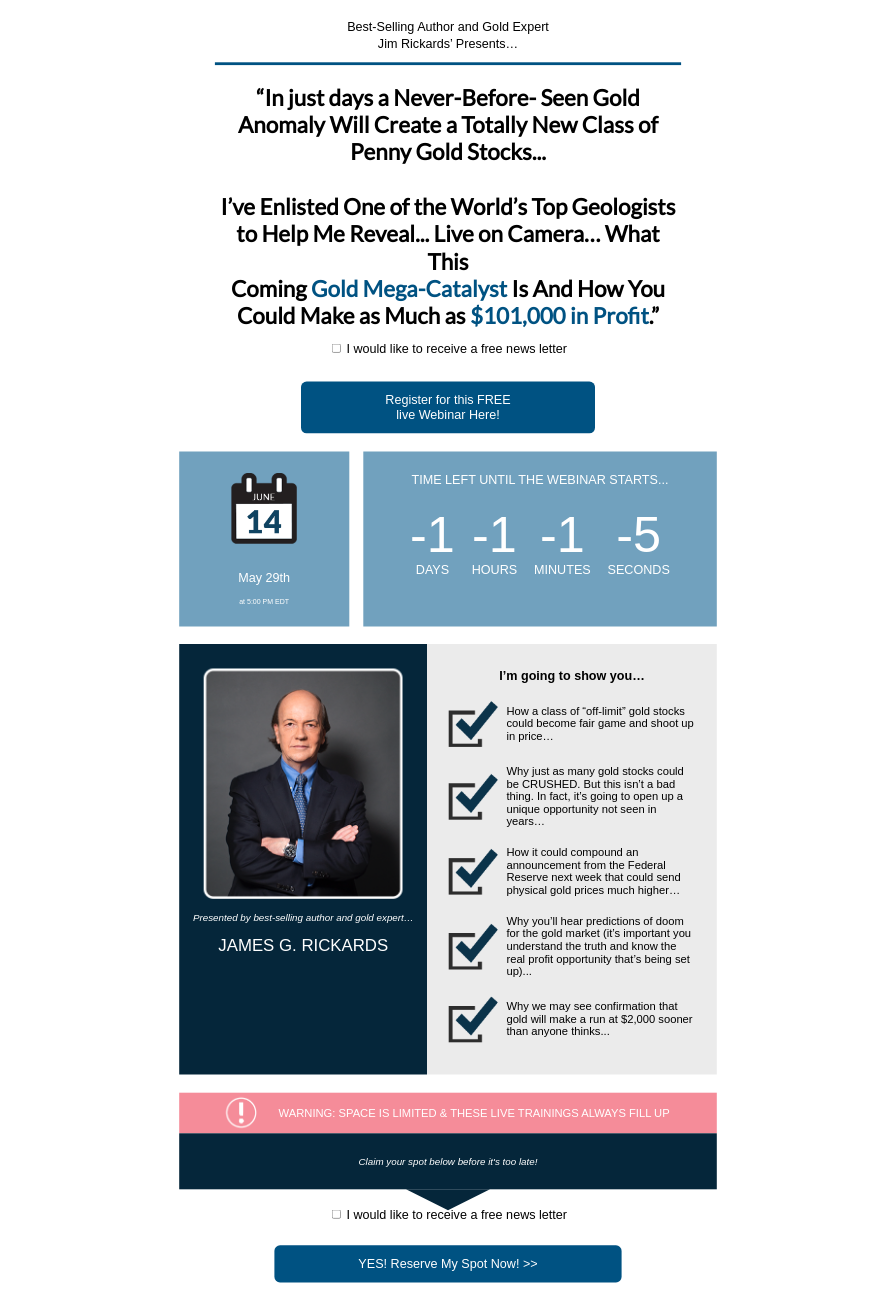
Repository: KrystellBarraza/Test
Page: index.html
The author's editor kept a copy of each file at every save. The page is drawn from the files as they stood at one save, then again after the next save.
The browser window is 1280 px wide. The pictures show the whole page, at 70% of full size.

Above is the page before, as saved 2019-10-07 13:55:08.

After the next save:
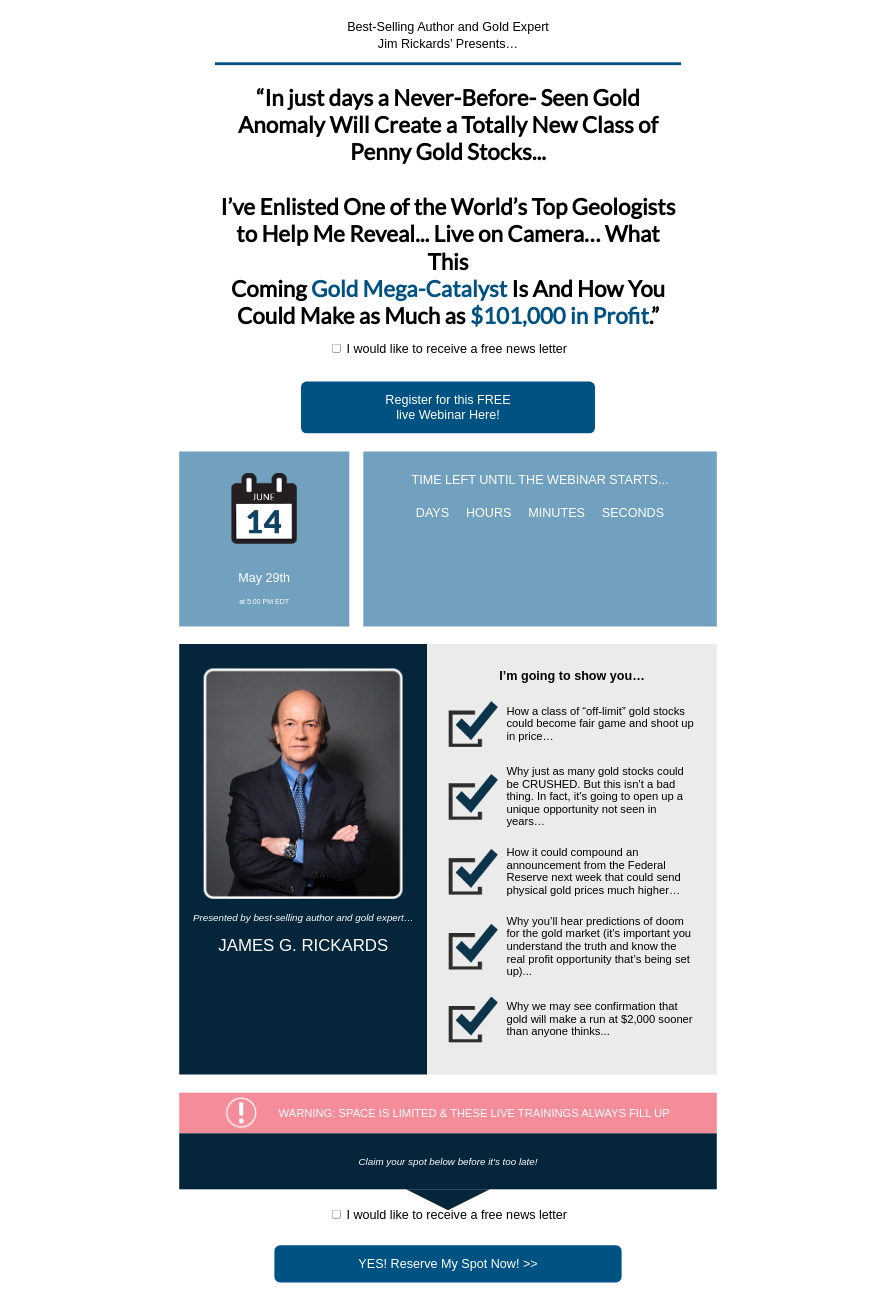
Console error: TypeError: Cannot read properties of undefined (reading 'now')
Saved 63 s later.
--- a/app.js
+++ b/app.js
@@ -14,7 +14,7 @@
     day = hour * 24;
 
 // Begin countdown from this point in time using Date.now()
-let countDown = new Date().getTime(),
+let countDown = new Date().Date.now(),
     x = setInterval(function() {
 
       let now = new Date().getTime(),

After the save that followed:
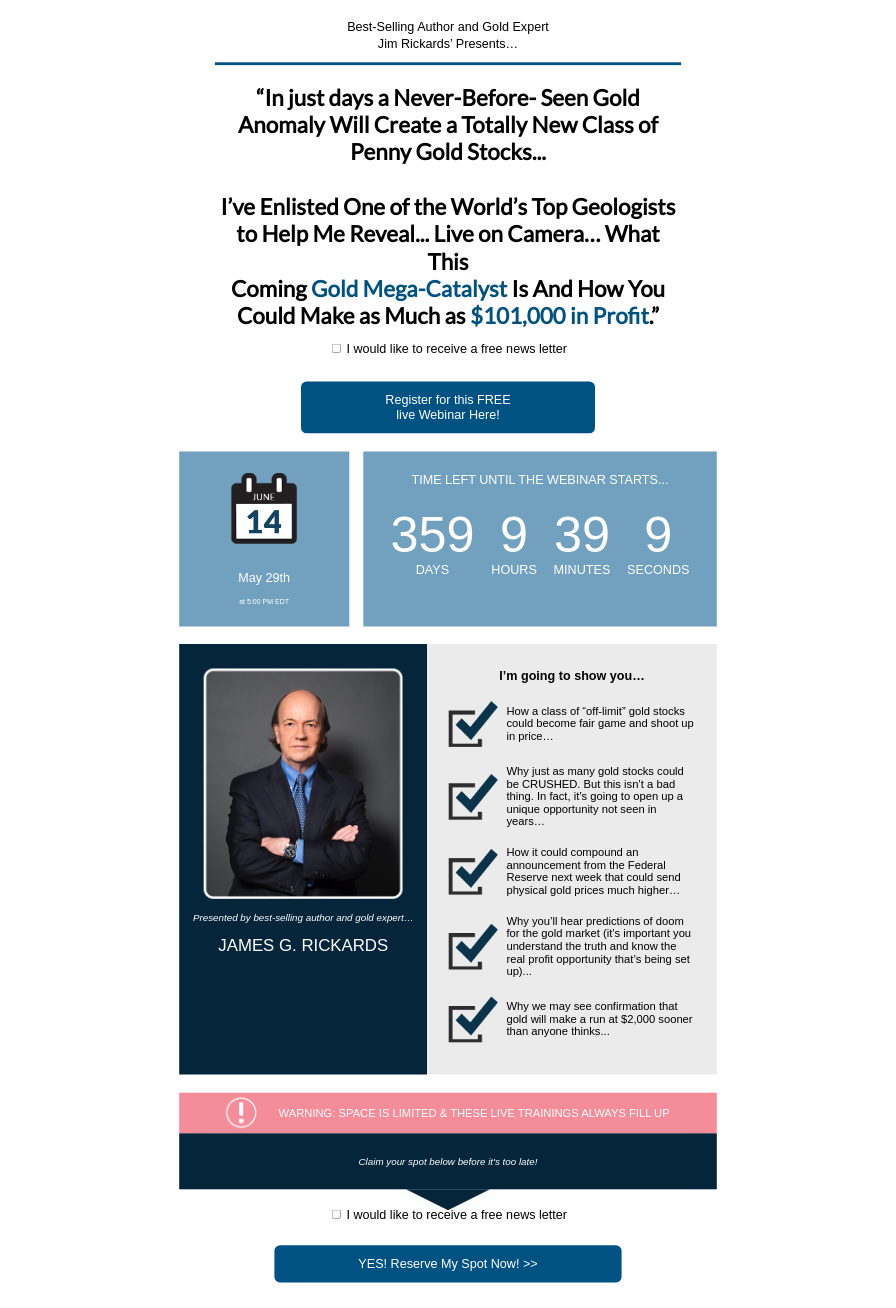
The error is gone.
Saved 12 s later.
--- a/app.js
+++ b/app.js
@@ -14,7 +14,7 @@
     day = hour * 24;
 
 // Begin countdown from this point in time using Date.now()
-let countDown = new Date().Date.now(),
+let countDown = new Date('Sep 30, 2020 00:00:00').getTime(),
     x = setInterval(function() {
 
       let now = new Date().getTime(),
